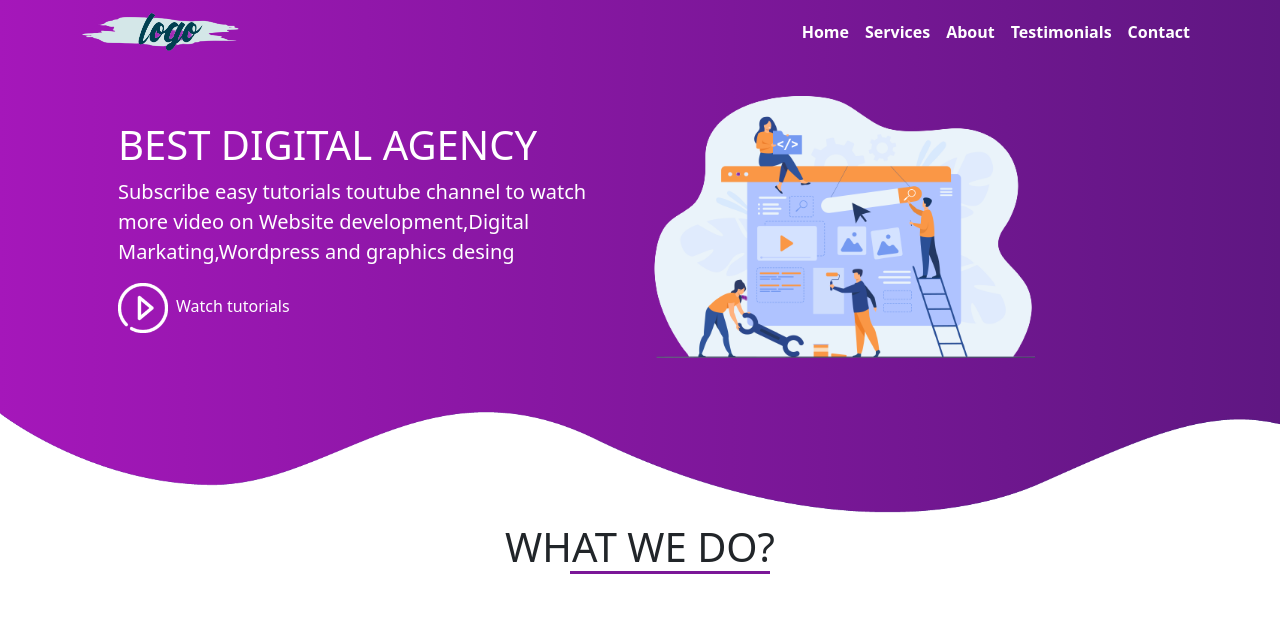
Repository: zjria/PSD-to-HTML-DIGITAL-AGENCY
Page: index.html
An editor plug-in stored every save of this project. The page is shown before and after the next save, followed by the edit.
The browser window is 1280 px wide. The pictures show the whole page.
Some web libraries are served in a nearby version.

Above is the page before, as saved 2022-05-11 07:49:41.

After the next save:
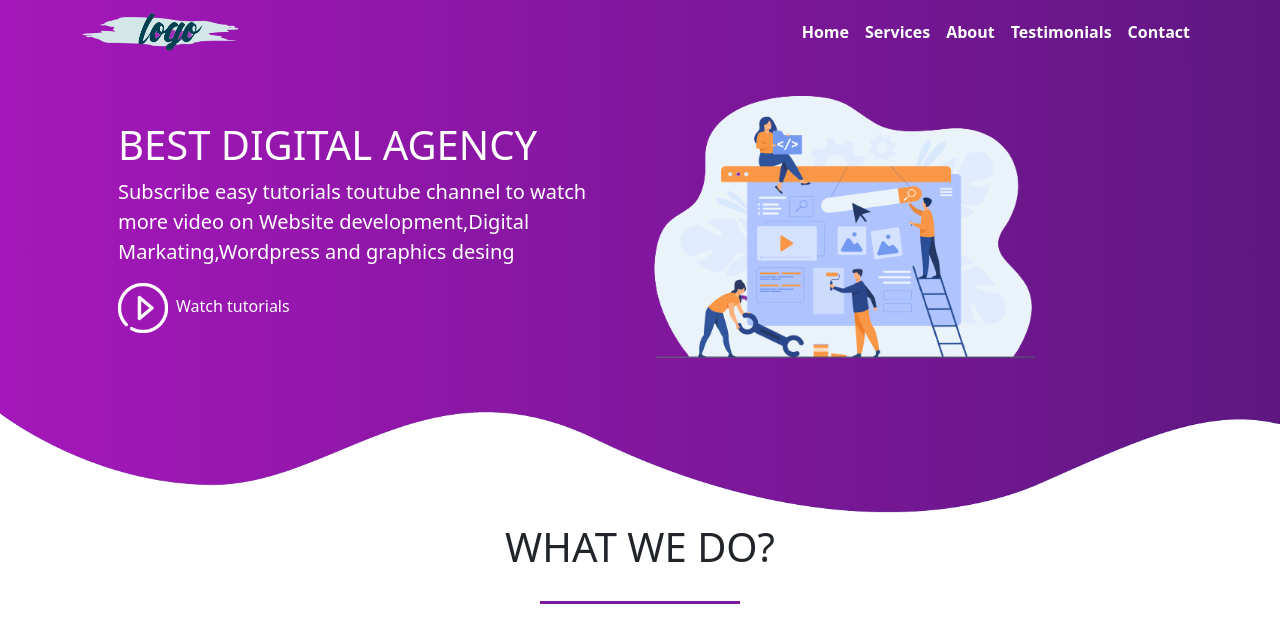
Saved 15 s later.
--- a/css/style.css
+++ b/css/style.css
@@ -31,5 +31,5 @@
     height: 3px;
     width: 200px;
     margin: auto;
-    transform: translate(30px);
+    transform: translateY(30px);
 }
